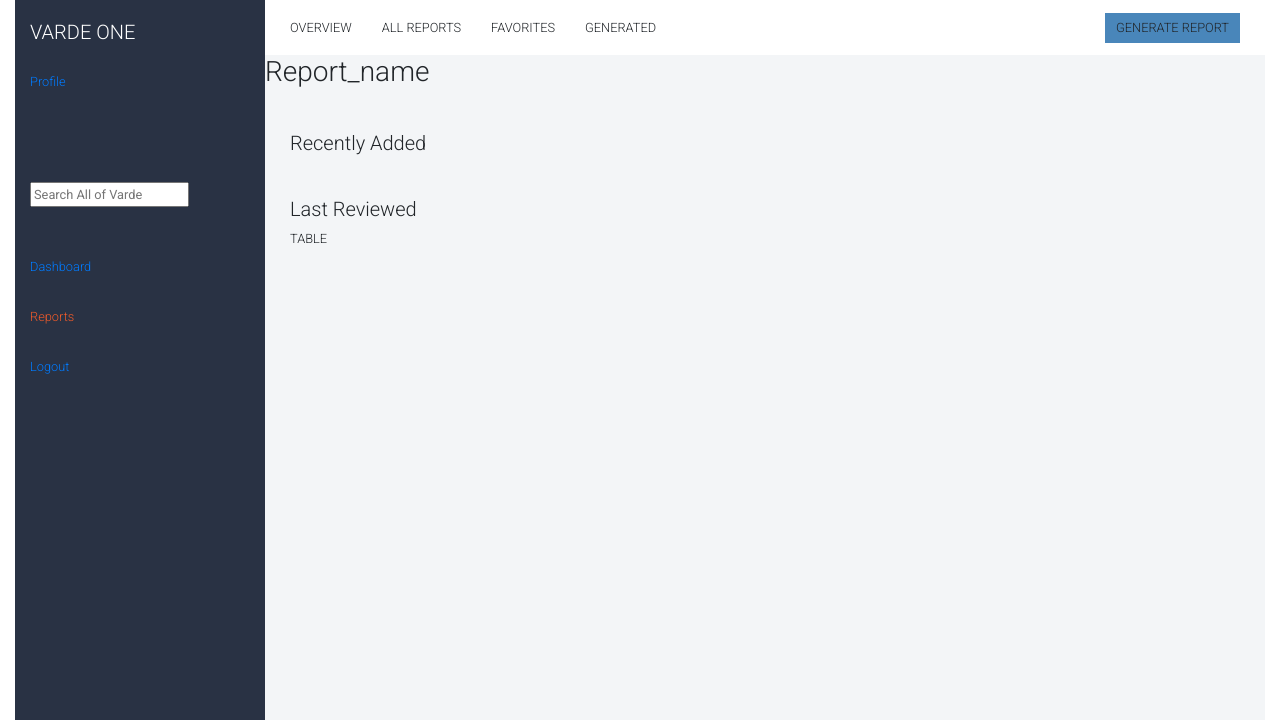
Repository: slavishtipkov/cra-redux
Page: /reports
An editor plug-in stored every save of this project. The page is shown before and after the next save, followed by the edit.
The browser window is 1280 px wide. The pictures show the whole page.
The project was rebuilt for these pictures with package versions that can differ from the ones it lists, and the page was loaded fresh each time. Also part of the build but not shown: src/Containers/Reports/reports.scss.

Above is the page before, as saved 2019-07-09 14:17:24.

### src/index.js
import React from "react";
import ReactDOM from "react-dom";
import { BrowserRouter as Router } from "react-router-dom";

import * as serviceWorker from "./serviceWorker";

import "@fortawesome/fontawesome-free/css/all.min.css";
import "bootstrap-css-only/css/bootstrap.min.css";
import "mdbreact/dist/css/mdb.css";

import App from "./Components/App";

import "./index.css";

ReactDOM.render(
  <Router>
    <App />
  </Router>,
  document.getElementById("root")
);

// If you want your app to work offline and load faster, you can change
// unregister() to register() below. Note this comes with some pitfalls.
// Learn more about service workers: https://bit.ly/CRA-PWA
serviceWorker.unregister();

### src/index.css
@import-normalize;

#root {
  max-width: 1360px;
  min-width: 960px;
  margin: 0 auto;
  font-size: 0.8rem;
}

### src/Components/App/App.js
import React, { Suspense, lazy } from "react";
import { Route, Switch } from "react-router-dom";

import SideBar from "../Common/SideBar";

import "./App.scss";

const Login = lazy(() => import("../../Containers/Login"));
const Profile = lazy(() => import("../../Containers/Profile"));
const Dashboard = lazy(() => import("../../Containers/Dashboard"));
const Reports = lazy(() => import("../../Containers/Reports"));
const NotFound = lazy(() => import("../Common/NotFound"));

const App = ({ childProps }) => {
  return (
    <div className="container-fluid">
      <SideBar />
      <Suspense fallback={<div>Loading...</div>}>
        <Switch>
          <Route path="/" exact component={Login} props={childProps} />
          <Route path="/profile" exact component={Profile} props={childProps} />
          <Route
            path="/dashboard"
            exact
            component={Dashboard}
            props={childProps}
          />
          <Route path="/reports" exact component={Reports} props={childProps} />
          <Route component={NotFound} />
        </Switch>
      </Suspense>
    </div>
  );
};

export default App;

### src/Components/App/App.scss
.container-fluid {
  width: 100%;
  height: 100vh;

  display: flex;
  align-items: stretch;

  .side-bar {
    width: 20%;
  }

  .page {
    width: 80%;
    background-color: #f3f5f7;

    .page-header {
      .page-header-nav {
        background-color: #ffffff;
        display: flex;
        justify-content: space-between;

        ul {
          display: flex;
          margin: 0;
          padding: 0;
          height: 55px;
          line-height: 55px;

          padding-left: 25px;

          li {
            display: block;
            margin-right: 30px;

            &:hover {
              color: #4986ba;
              cursor: pointer;
            }
          }
        }

        .generate-report-wrapper {
          align-self: center;
          text-align: center;

          .generate-button {
            margin-right: 25px;
            height: 30px;
            width: 135px;
            background-color: #4986ba;
            line-height: 30px;
            cursor: pointer;
          }
        }
      }
      .page-header-content {
        height: 100px;
        display: flex;
        align-items: center;
        padding-left: 25px;
      }
    }

    .page-content {
      padding-left: 25px;
    }
  }
}

### src/Containers/Reports/index.js
import Reports from "./Reports";

export default Reports;

### src/Components/Common/SideBar/SideBar.js
import React from "react";
import { NavLink } from "react-router-dom";

import "./sideBar.scss";
import { MDBContainer, MDBRow, MDBCol } from "mdbreact";
const SideBar = () => {
  const activeStyle = { color: "#F15B2A" };

  return (
    <nav className="side-bar">
      <h5 className="heading">VARDE ONE</h5>
      <div className="profile-section">
        <NavLink to="/profile" activeStyle={activeStyle}>
          Profile
        </NavLink>
      </div>
      <div className="search-bar">
        <input type="text" placeholder="Search All of Varde" />
      </div>
      <div className="main-links">
        <NavLink to="/dashboard" activeStyle={activeStyle}>
          Dashboard
        </NavLink>
        <NavLink to="/reports" activeStyle={activeStyle} exact>
          Reports
        </NavLink>
      </div>
      <NavLink to="/logout" activeStyle={activeStyle}>
        Logout
      </NavLink>
    </nav>
  );
};

export default SideBar;

### src/Containers/Reports/Reports.js
import React from "react";

import "./reports.scss";

const Reports = () => (
  <div className="reports-page page">
    <div className="reports-page-header page-header">
      <div className="page-header-nav">
        <ul>
          <li>OVERVIEW</li>
          <li>ALL REPORTS</li>
          <li>FAVORITES</li>
          <li>GENERATED</li>
        </ul>
        <div className="generate-report-wrapper">
          <div className="generate-button">GENERATE REPORT</div>
        </div>
      </div>
      <div className="page-header-heading">
        <h3>Report_name</h3>
      </div>
      <div className="page-header-content">
        <div className="recently-added">
          <h5>Recently Added</h5>
        </div>
      </div>
    </div>
    <div className="page-content">
      <h5>Last Reviewed</h5>
      <div className="table">TABLE</div>
    </div>
  </div>
);

export default Reports;

### src/Components/Common/SideBar/sideBar.scss
.side-bar {
  display: flex;
  flex-direction: column;

  padding-left: 15px;
  padding-right: 15px;
  background-color: #293244;

  .heading {
    padding-top: 20px;
    padding-bottom: 20px;
    color: white;
  }

  .profile-section {
    height: 90px;
    margin-bottom: 20px;
  }

  .serach-bar {
    padding-top: 20px;
    margin-bottom: 50px;

    input {
      display: inline;
    }
  }

  .main-links {
    display: flex;
    flex-direction: column;
    margin-top: 50px;

    a {
      height: 50px;
      text-decoration: none;
    }
  }
}

Loaded but not shown: public/index.html (common file); src/serviceWorker.js (common file); src/Components/App/index.js (common file); src/Components/Common/SideBar/index.js (common file)

After the next save:
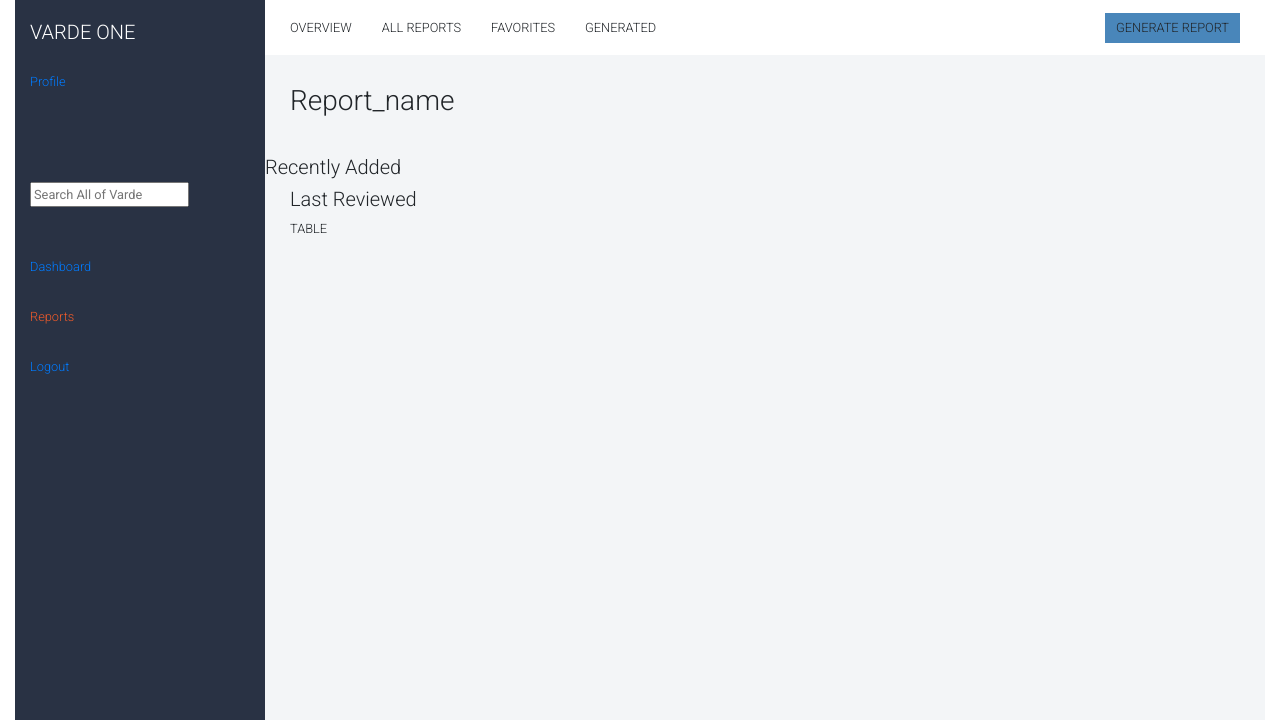
Saved 20 s later.
--- a/src/Components/App/App.scss
+++ b/src/Components/App/App.scss
@@ -53,7 +53,7 @@
           }
         }
       }
-      .page-header-content {
+      .page-header-heading {
         height: 100px;
         display: flex;
         align-items: center;
